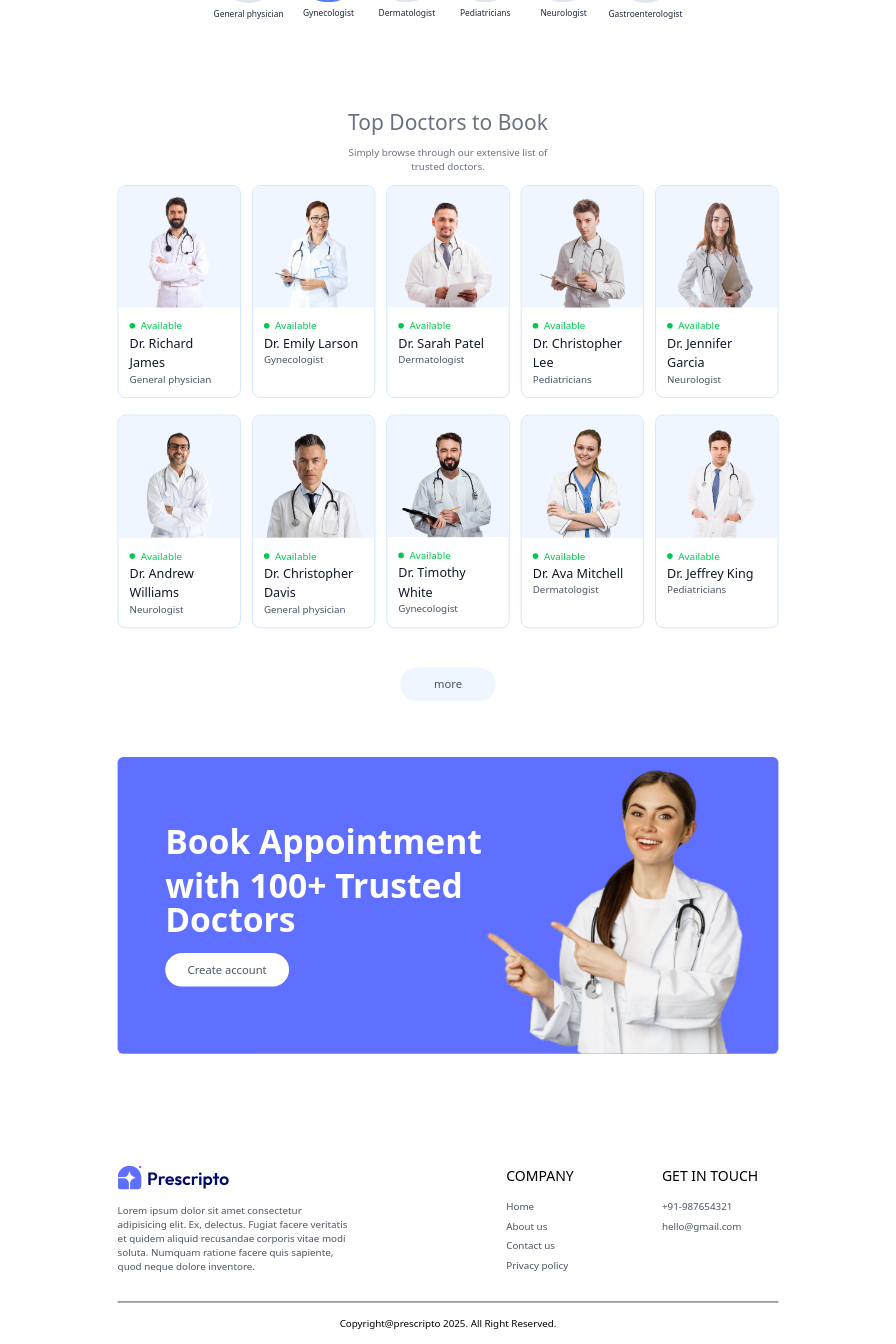
Repository: Gitesh-2207/MediBook
Page: / (app in frontend/)
The author's editor kept a copy of each file at every save. The page is drawn from the files as they stood at one save, then again after the next save.
The browser window is 1280 px wide. The pictures show the part of the page from y = 979 to 2899 px (the page is 2899 px tall before and 2266 px after), at 70% of full size.
The page's requests for data from a server got no answer. The project was rebuilt for these pictures with package versions that can differ from the ones it lists, and the page was loaded fresh each time. No one was signed in, and anything a server would have sent is missing. Also part of the build but not shown: frontend/vite.config.js, frontend/src/pages/MyProfile.jsx, frontend/src/pages/MyAppointments.jsx, frontend/src/pages/Doctors.jsx, frontend/src/pages/Login.jsx, frontend/src/pages/About.jsx, frontend/src/pages/Contact.jsx, frontend/src/components/RelatedDoctors.jsx and 1 more.

Above is the page before, as saved 2025-10-05 18:49:38.

### frontend/index.html
<!doctype html>
<html lang="en" class="scroll-smooth">
  <head>
    <meta charset="UTF-8" />
    <link rel="icon" type="image/svg+xml" href="/vite.svg" />
    <meta name="viewport" content="width=device-width, initial-scale=1.0" />
    <title>Prescripto
    </title>
  </head>
  <body>
    <div id="root"></div>
    <script type="module" src="/src/main.jsx"></script>
  </body>
</html>

### frontend/src/main.jsx
import { StrictMode } from "react";
import { createRoot } from "react-dom/client";
import "./index.css";
import App from "./App.jsx";
import { BrowserRouter } from "react-router-dom";
import AppContextProvider from "./context/AppContext.jsx";

createRoot(document.getElementById("root")).render(
  <BrowserRouter>
    <AppContextProvider>
      <App />
    </AppContextProvider>
  </BrowserRouter>,
)

### frontend/src/index.css

 @import "tailwindcss";

.active hr{
  display: block;
}

.nav-link.active hr {
  display: block;
}
/* hide hr by default */
.nav-link hr {
  display: none;
}

/* show hr only on active nav link */
.nav-link.active hr {
  display: block;
}
.scrollbar-hide {
  -ms-overflow-style: none;  /* IE & Edge */
  scrollbar-width: none;     /* Firefox */
}
.scrollbar-hide::-webkit-scrollbar {
  display: none;  /* Chrome, Safari, Opera */
}

### frontend/src/App.jsx
import React from 'react'
import './index.css'
import { Routes , Route } from 'react-router-dom'
import Home from './pages/Home'
import MyProfile from './pages/MyProfile'
import MyAppointments from './pages/MyAppointments'
import Navbar from './components/Navbar'
import Doctors from './pages/Doctors'
import Login from './pages/Login'
import About from './pages/About'
import Contact from './pages/Contact'
import Appointment from './pages/Appointment'
import Footer from './components/Footer'

const App = () => {
  return (
    <div className='mx-4 sm:mx-[10%]'>
      <Navbar/>
      <Routes>
        <Route path='/' element={<Home />}/>
        <Route path='/doctors' element={<Doctors />}/>
        <Route path='/doctors/:speciality' element={<Doctors />}/>
        <Route path='/login' element={<Login />}/>
        <Route path='/about' element={<About />}/>
        <Route path='/contact' element={<Contact />}/>
        <Route path='/my-profile' element={<MyProfile />}/>
        <Route path='/my-appointments' element={<MyAppointments />}/>
        <Route path='/appointment/:docId' element={<Appointment />}/>
      </Routes>
      <Footer/>
    </div>
  )
}

export default App

### frontend/src/context/AppContext.jsx
import { createContext } from "react";
import { doctors } from "../assets/assets";

export const AppContext = createContext()


const AppContextProvider=(props)=>{
    const currencySymbol='$'
    const value={
        doctors,currencySymbol
    }
    return(
        <AppContext.Provider value={value}>
            {props.children}
        </AppContext.Provider>
    )
}
export default AppContextProvider

### frontend/src/pages/Home.jsx
import React from 'react'
import Header from '../components/Header'
import SpecialityMenu from '../components/SpecialityMenu'
import TopDoctors from '../components/TopDoctors'
import Banner from '../components/Banner'
const Home = () => {
  return (
    <div>
      <Header/>
      <SpecialityMenu/>
      <TopDoctors/>
      <Banner/>
    </div>
  )
}

export default Home

### frontend/src/components/Navbar.jsx
import React, { useState } from "react";
import { assets } from "../assets/assets";
import { NavLink, useNavigate } from "react-router-dom";

const Navbar = () => {
  const navigate = useNavigate();
  const [token, setToken] = useState(true); // simulate login state
  const [showMenu, setShowMenu] = useState(false);
  const [showDropdown, setShowDropdown] = useState(false);

  return (
    <div className="flex items-center justify-between text-sm py-4 mb-5 border-b border-b-gray-400 relative">
      {/* Logo */}
      <img
        onClick={() => navigate("/")}
        className="w-44 cursor-pointer"
        src={assets.logo}
        alt="Logo"
      />

      {/* Desktop Nav Links */}
      <ul className="hidden md:flex items-start gap-6 font-medium">
        <NavLink
          to="/"
          className={({ isActive }) =>
            isActive ? "text-blue-600 font-semibold" : "hover:text-blue-500"
          }
        >
          HOME
        </NavLink>
        <NavLink
          to="/doctors"
          className={({ isActive }) =>
            isActive ? "text-blue-600 font-semibold" : "hover:text-blue-500"
          }
        >
          ALL DOCTORS
        </NavLink>
        <NavLink
          to="/about"
          className={({ isActive }) =>
            isActive ? "text-blue-600 font-semibold" : "hover:text-blue-500"
          }
        >
          ABOUT
        </NavLink>
        <NavLink
          to="/contact"
          className={({ isActive }) =>
            isActive ? "text-blue-600 font-semibold" : "hover:text-blue-500"
          }
        >
          CONTACT
        </NavLink>
      </ul>

      {/* Profile / Auth Section */}
      <div className="flex items-center gap-4 relative">
        {token ? (
          <div className="flex items-center gap-2 cursor-pointer relative">
            <img
              src={assets.profile_pic}
              alt="Profile"
              className="w-10 h-10 rounded-full border"
              onClick={() => setShowDropdown(!showDropdown)}
            />
            <img
              src={assets.dropdown_icon}
              alt="Dropdown"
              className="w-4 h-4"
              onClick={() => setShowDropdown(!showDropdown)}
            />

            {/* Profile Dropdown */}
            {showDropdown && (
              <div className="absolute right-0 top-20 w-56 bg-white rounded-2xl shadow-xl border border-gray-200 p-2 z-30 backdrop-blur-sm animate-fadeInDown">
                <ul className="flex flex-col">
                  <li
                    onClick={() => {
                      navigate("/my-profile");
                      setShowDropdown(false);
                    }}
                    className="px-4 py-3 rounded-lg hover:bg-blue-50 hover:text-blue-600 cursor-pointer transition-all transform hover:scale-105"
                  >
                    My Profile
                  </li>
                  <li
                    onClick={() => {
                      navigate("/my-appointments");
                      setShowDropdown(false);
                    }}
                    className="px-4 py-3 rounded-lg hover:bg-blue-50 hover:text-blue-600 cursor-pointer transition-all transform hover:scale-105"
                  >
                    My Appointments
                  </li>
                  <li
                    onClick={() => setToken(false)}
                    className="px-4 py-3 rounded-lg hover:bg-red-50 hover:text-red-600 cursor-pointer transition-all transform hover:scale-105"
                  >
                    Logout
                  </li>
                </ul>
              </div>
            )}
          </div>
        ) : (
          <button
            onClick={() => navigate("/login")}
            className="bg-[#5f6FFF] text-white px-8 py-3 rounded-full font-light hidden md:block"
          >
            Create account
          </button>
        )}

        {/* Mobile Menu Icon */}
        <img
          onClick={() => setShowMenu(true)}
          className="w-6 md:hidden cursor-pointer"
          src={assets.menu_icon}
          alt="menu"
        />

        {/* Mobile Menu */}
        <div
          className={`${
            showMenu ? "fixed w-full h-full" : "w-0 h-0"
          } md:hidden right-0 top-0 bottom-0 z-20 overflow-hidden bg-white transition-all`}
        >
          <div className="flex items-center justify-between p-4">
            <img className="w-36" src={assets.logo} alt="Logo" />
            <img
              className="w-7 cursor-pointer"
              onClick={() => setShowMenu(false)}
              src={assets.cross_icon}
              alt="Close"
            />
          </div>
          <ul className="flex flex-col items-center gap-6 mt-10 font-medium">
            <NavLink to="/" onClick={() => setShowMenu(false)}>
              HOME
            </NavLink>
            <NavLink to="/doctors" onClick={() => setShowMenu(false)}>
              ALL DOCTORS
            </NavLink>
            <NavLink to="/about" onClick={() => setShowMenu(false)}>
              ABOUT
            </NavLink>
            <NavLink to="/contact" onClick={() => setShowMenu(false)}>
              CONTACT
            </NavLink>
          </ul>
        </div>
      </div>
    </div>
  );
};

export default Navbar;

### frontend/src/components/Footer.jsx
import React from "react";
import { assets } from "../assets/assets";
const Footer = () => {
  return (
    <div className="md:mx-10">
      <div className="flex flex-col sm:grid grid-cols-[3fr_1fr_1fr] gap-14 my-10 mt-40 text-sm">
        {/*left*/}
        <div>
          <img className="mb-5 w-40" src={assets.logo} alt="" />
          <p className="w-full md:w-2/3 text-gray-600 leading">
            Lorem ipsum dolor sit amet consectetur adipisicing elit. Ex,
            delectus. Fugiat facere veritatis et quidem aliquid recusandae
            corporis vitae modi soluta. Numquam ratione facere quis sapiente,
            quod neque dolore inventore.
          </p>
        </div>
        {/*center*/}
        <div>
          <p className="text-xl font-medium mb-5">COMPANY</p>
          <ul className="flex flex-col gap-2 text-gray-600">
            <li>Home</li>
            <li>About us</li>
            <li>Contact us</li>
            <li>Privacy policy</li>
          </ul>
        </div>
        {/*right*/}
        <div>
          <p className="text-xl font-medium mb-5">GET IN TOUCH</p>
          <ul className="flex flex-col gap-2 text-gray-600">
            <li>+91-987654321</li>
            <li>hello@gmail.com</li>
          </ul>
        </div>
      </div>
      {/*........... */}
      <div>
        <hr />
        <p className="py-5 text-sm text-center">Copyright@prescripto 2025. All Right Reserved.</p>
      </div>
    </div>
  );
};

export default Footer;

### frontend/src/components/Header.jsx
import React from 'react'
import { assets } from '../assets/assets'

const Header = () => {
  return (
    <div className="flex flex-col md:flex-row flex-wrap bg-[#5f6FFF]  rounded-lg px-6 md:px-10 lg:px-20">
        {/*..........leftside...............*/}
        <div className='md:w-1/2 flex flex-col items-start justify-center gap-4 py-10 m-auto md:py-[10vw] md:mb-[-30px]'>
            <p className='text-3xl md:text-4xl lg:text-5xl text-white font-semibold leading-tight md:leading-tight lg:leading-tight'>
                Book Appointment <br/>with Trusted Doctor
            </p>
            <div className='flex flex-col md:flex-row items-center gap-3 text-white text-sm font-light'>
                <img className='w-28' src={assets.group_profiles}  alt=" "/>
                <p> Simply browse through our extensive  list of trusted doctors,<br className='hidden sm:block'/> schedule your appointment hassle-free.</p>
            </div>
            <a href= "#speciality" className='flex items-center gap-2 bg-white px-8 py-3 rounded-full text-gray-500 text-sm m-auto md:m-0 hover:scale-105 transition-all duration-300'>
                Book appointment <img className='w-3' src={assets.arrow_icon} alt=''/>
            </a>

        </div>
        {/*.........rightside...........*/}
        <div className='md:w-1/2 relative'>
            <img className='w-full md:absolute bottom-0 m-auto rounded-lg' src={assets.header_img} alt=""/>
        </div>

    </div>

  )
}

export default Header;

### frontend/src/components/SpecialityMenu.jsx
import React from "react";
import { specialityData } from "../assets/assets";
import { Link } from "react-router-dom";

const SpecialityMenu = () => {
  return (
    <div  className='flex flex-col items-center gap-4 py-16 text-gray-800' id = "speciality">
      <h1 className="text-3xl font-medium">Find by Speciality</h1>
      <p className="sm:w-1/3 text-center text-sm">
        Simply browse through our extensive list of trusted doctors, schedule
        your appointment
      </p>
      <div className="flex sm:justify-center gap-4 pt-5 w-full overflow-scroll">
        {specialityData.map((item, index) => (
          <Link onClick={()=>scrollTo(0,0)} className='flex flex-col items-center text-xs cursor-pointer flex-shrink-0 hover:translate-y-[-10px] transition-all duration-500 ' key={index} to={`/doctors/${item.speciality}`}>
            <img className="w-16 sm:w-24 mb-2" src={item.image} alt="" />
            <p>{item.speciality}</p>
          </Link>
        ))}
      </div>
    </div>
  );
};

export default SpecialityMenu;

### frontend/src/components/TopDoctors.jsx
import React, { useContext } from 'react'
import { useNavigate } from 'react-router-dom'
import { AppContext } from '../context/AppContext'

const TopDoctors = () => {

const navigate = useNavigate()
const{doctors} = useContext(AppContext)

  return (
    <div className='flex flex-col items-center gap-4 my-16 text-gray-500 md:mx-10'>
      <h1 className='text-3xl font-medium'>Top Doctors to Book</h1>
      <p className='sm:w-1/3 text-center text-sm'>
        Simply browse through our extensive list of trusted doctors.
      </p>
      <div className='grid grid-cols-2 sm:grid-cols-3 md:grid-cols-5 gap-4 gap-y-6'>
        {doctors.slice(0, 10).map((item, index) => (
          <div onClick={()=>navigate(`/appointment/${item._id}`)}
            key={index}
            className='border border-blue-200 rounded-xl overflow-hidden cursor-pointer hover:translate-y-[-10px] transition-all duration-500'>
            <img className='bg-blue-50' src={item.image} alt="" />
            <div className='p-4'>
              <div className='flex items-center gap-2 text-sm text-center text-green-500'>
                <p className='w-2 h-2 bg-green-500 rounded-full'></p>
                <p>Available</p>
              </div>
              <p className='text-gray-900 text-lg font-medium'>{item.name}</p>
              <p className='text-gray-600 text-sm'>{item.speciality}</p>
            </div>
          </div>
        ))}
      </div>
      <button onClick={()=>{navigate('')}} className='bg-blue-50 text-gray-600 px-12 py-3 rounded-full mt-10'>more</button>
    </div>
  )
}

export default TopDoctors;

### frontend/src/components/Banner.jsx
import React from 'react'
import { assets } from '../assets/assets'
import { useNavigate } from 'react-router-dom'

const Banners = () => {
const navigate = useNavigate()

  return (
    <div className='flex bg-[#5f6FFF] rounded-lg px-6 sm:px-10 md:px-14 lg:px-12 my-20 md:mx-10'>
      {/*........left.......*/}
      <div className='flex-1 py-8 sm:py-10 md:py-16 lg:py-24 lg:pl-5'>
        <div className='text-xl sm:text-2xl md:text-3xl lg:text-5xl font-semibold text-white'>
            <p>Book Appointment</p>
            <p className='mt-4'>with 100+ Trusted Doctors</p>
        </div>
        <button onClick={() => { navigate('/login'); scrollTo(0,0) }}
className='bg-white text-sm sm:text-base text-gray-600 px-8 py-3 rounded-full mt-6 hover:scale-105 transition-all'>
          Create account
        </button>
      </div>
      {/*.........right.....*/}
      <div className='hidden md:block md:w-1/2 lg:w-[370px] relative'>
        <img
          className='w-full absolute bottom-0 right-0 max-w-md' src={assets.appointment_img}alt=''
        />
      </div>
    </div>
  )
}

export default Banners

Loaded but not shown: frontend/src/assets/assets.js (313 lines, source omitted)

After the next save:
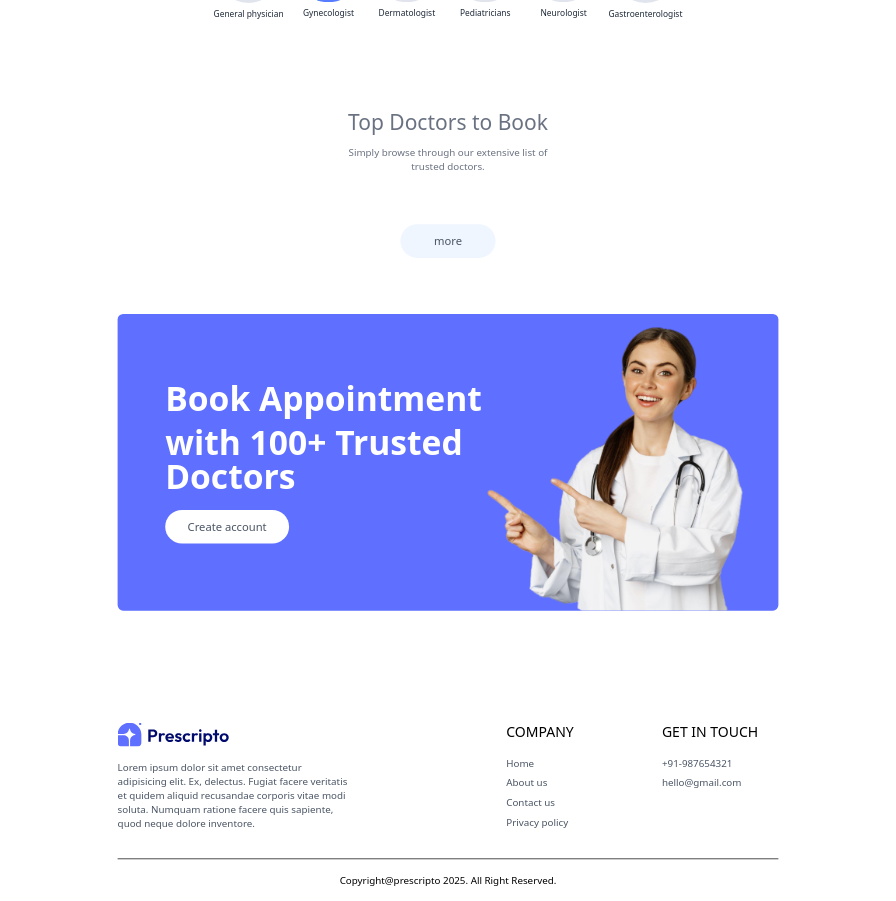
Saved 3 h 14 min later.
--- a/frontend/src/context/AppContext.jsx
+++ b/frontend/src/context/AppContext.jsx
@@ -1,14 +1,29 @@
 import { createContext } from "react";
-import { doctors } from "../assets/assets";
-
+// import { doctors } from "../assets/assets";
+import axios from "axios"
+import { useState } from "react";
 export const AppContext = createContext()
 
 
 const AppContextProvider=(props)=>{
     const currencySymbol='$'
+    const backendurl=import.meta.env.VITE_BACKEND_URL
+    const [doctors,setDoctors]=useState([])
     const value={
         doctors,currencySymbol
     }
+
+const getDoctorsData=async()=>{
+    try {
+        const{data}=await axios.get(backendUrl+'/api/doctor/list')
+        if(data.success){
+setDoctors(data.doctors)
+        }
+    } catch (error) {
+
+    }
+}
+
     return(
         <AppContext.Provider value={value}>
             {props.children}
